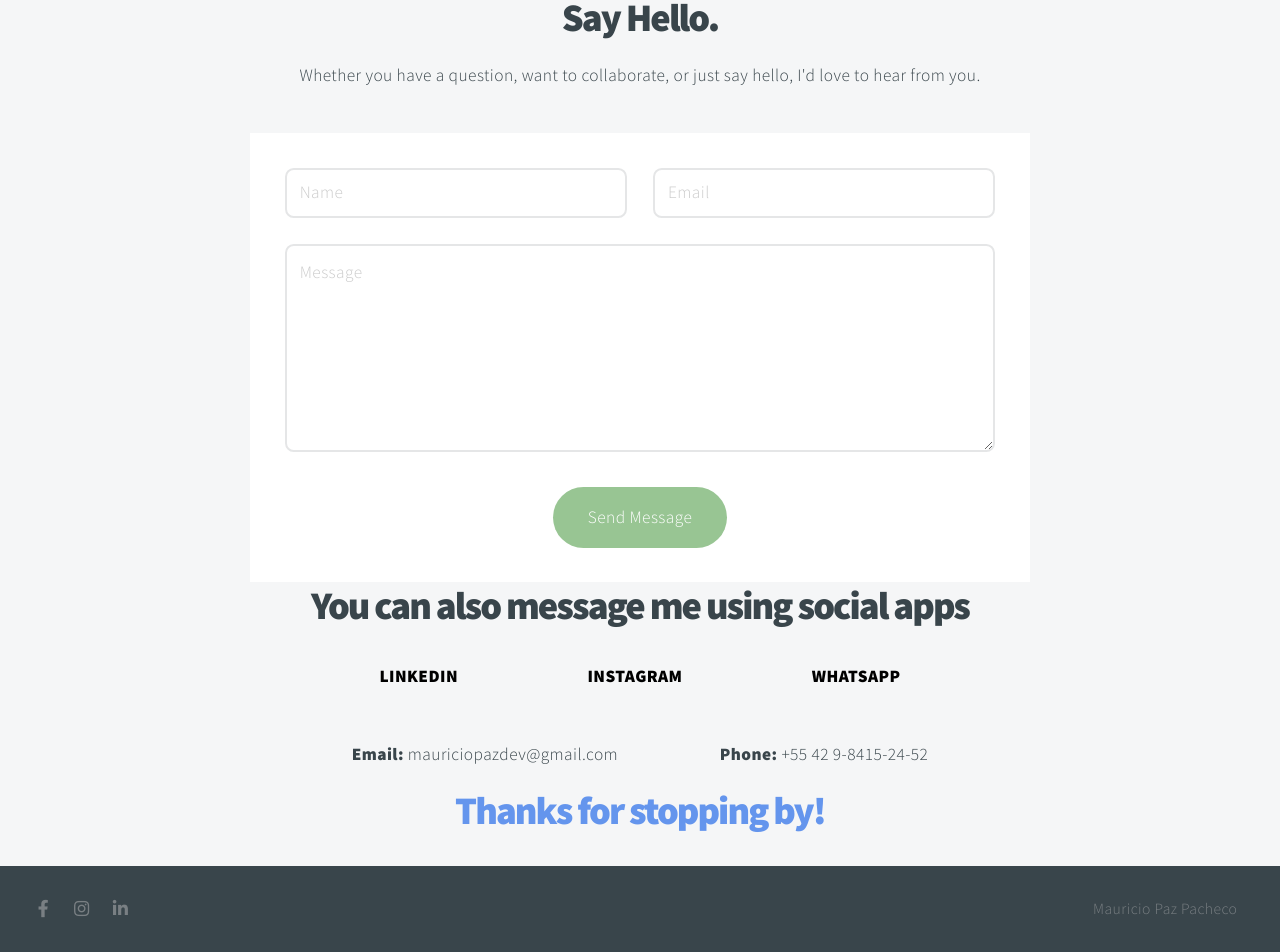
Repository: mauriciopazpp/mauriciopazpp.github.io
Page: index.html
These files come from the project's save history. The page is drawn as it stood at one moment and after the next save; the edit follows.
The browser window is 1280 px wide. The pictures show the part of the page from y = 5426 to 6378 px (the page is 6378 px tall).
A picture or video elsewhere on the page could not be fetched, so the positions and the page height are approximate. Backgrounds fixed to the window are drawn as part of the page.

Above is the page before, as saved 2024-03-05 18:43:07.
Console error: TypeError: Cannot set properties of undefined (setting 'windowMargin')

### index.html
<!DOCTYPE HTML>
<html>
	<head>
		<title>Mauricio Paz</title>
		<meta charset="utf-8" />
		<meta name="viewport" content="width=device-width, initial-scale=1, user-scalable=no" />
		<link rel="stylesheet" href="assets/css/main.css" />
		<noscript><link rel="stylesheet" href="assets/css/noscript.css" /></noscript>
		<link rel="icon" type="image/x-icon" href="images/favicon.png">
	</head>
	<body class="is-preload">
		<!-- <img id="preload" src="images/preloader.gif"> -->
		<!-- Header -->
			<header id="header">
				<div class="logo-header">
					<img src="images/logo-2.png" alt="Mauricio Paz Pacheco CV">
				</div>
				<nav>
					<ul>
						<li><a href="#intro">Intro</a></li>
						<li><a href="#one">Who am I</a></li>
						<li><a href="#two">Skills and Certifications</a></li>
						<li><a href="#work">Experience</a></li>
						<li style="display: none;"><a href="#things">My Things</a></li>
						<li><a href="#contact">Contact</a></li>
					</ul>
				</nav>
			</header>

		<!-- Intro -->
			<section id="intro" class="main style1 dark fullscreen">
				<div class="content">
					<header>
						<h2>Mauricio Paz</h2>
					</header>
					<p>Enter the realm of my career.</p>
					<footer>
						<!-- <a href="#one" class="button style2 down">More</a> -->
						<a href="cv/Mauricio.pdf" target="_blank" class="button">Download CV</a>
						<a href="#one" class="button">More</a>
					</footer>
				</div>
			</section>

		<!-- One -->
			<section id="one" class="main style2 right dark fullscreen">
				<div class="content box style2">
					<header>
						<h2>Who am I</h2>
					</header>
					<p>Mauricio, <span id="age">35</span> years old, more than a decade of experience in the systems development field. Certified by Adobe. Married, living in the south of Brazil. I enjoy Rock, Heavy Metal, cats and games.</p>
					<p>Let's be friends, this is my insta <a href="https://www.instagram.com/mauricio.paz.p/" style="text-decoration: none; font-weight: bold;">@mauricio.paz.p</a></p>
				</div>
				<a href="#two" class="button style2 down anchored">Next</a>
			</section>

		<!-- Two -->
			<section id="two" class="main style2 left dark fullscreen">
				<div class="content box style2">
					<header>
						<h2>Skills</h2>
					</header>
					<p><b class="php">#php</b>, <b class="javascript">#javascript</b>, <b class="node">#node</b>, <b class="graphql">#graphql</b>, <b class="sql">#sql</b></p>
					<p><b class="adobecommerce">#adobecommerce</b>, <b class="bigcommerce">#bigcommerce</b>, <b class="shopify">#shopify</b>, <b class="pwastudio">#pwastudio</b></p>
					<p><b class="vuejs">#vuejs</b>, <b class="react">#react</b>, <b class="reactnative">#reactnative</b></p>
					<p><b class="git">#git</b>, <b class="warden">#warden</b>, <b class="docker">#docker</b>, <b class="commercecloud">#commercecloud</b></p>
					<p><b class="frontend">#frontend</b>, <b class="backend">#backend</b>, <b class="fullstack">#fullstack</b></p>
					<p><b class="english">#english</b>, <b class="portuguese">#portuguese</b></p>

					<br>

					<h2>Certifications</h2>
					<p>
						<b>
						- Adobe Certified Expert - Adobe Commerce Front-End Developer.
						<a href="https://www.credly.com/badges/2049df38-8aab-49f0-89bc-399480d42e42/linked_in" target="_blank">
							Check the link
						</a>
						</b>
					</p>

				</div>
				<a href="#work" class="button style2 down anchored">Next</a>
			</section>

		<!-- Work -->
			<section id="work" class="main style3 primary">
				<div class="content">
					<header>
						<h2>My Experience</h2>
						<p>Over the years, I have worked in various companies and faced challenges that have shaped my expertise in development. At BlueAcorn iCi, I participated in projects for major companies such as Lovesac and Sony, using Adobe Commerce and React. At Jamersan, I contributed to creating stores using BigCommerce. At Unimed, I had the opportunity to independently create software from scratch, developing highly robust systems that are still in use today. Currently, at IronPlane, I am expanding my knowledge in PWA Studio. My journey is a constant pursuit of technical excellence and the ability to positively impact through software development.</p>
					</header>

					<!-- Gallery  -->
						<div class="gallery">
							<article class="from-left" style="background: url(images/fulls/02.jpg);">
								<div class="description">
									<p><b>IronPlane</b> - <i>Portland, ME, USA</i> <br> 04/2023 - Current</p>
									<ul>
										<li>•  Designed and implemented stores using Adobe Commerce.</li>
										<li>•  Upgrade PWA Studio stores and bug fixes using Adobe Commerce, PWA Studio, React, webpack, GraphQL, HTML, and CSS.</li>
										<li>•  Code-reviews in BigCommerce and Adobe Commerce stores.</li>
									</ul>
								</div>
								<div class="company">
									<img src="images/comp/ironplane.svg" alt="ironplane" class="logo">
								</div>
								<!-- <a href="images/fulls/01.jpg" class="image fit"><img src="images/thumbs/01.jpg" title="The Anonymous Red" alt="" /></a> -->
							</article>
							<article class="from-right" style="background: url(images/fulls/05.jpg);">
								<div class="description">
									<p><b>Jamersan</b> - <i>Opelika, AL, USA</i> <br> 02/2023 - 12/2023</p>
									<ul>
										<li>•  Led the creation of stores, managing product imports, and crafting database management scripts using api, bash script, php and javascript.</li>
										<li>•  Designed and developed new stores using BigCommerce, incorporating webhooks, APIs, and app development.</li>
									</ul>
								</div>
								<div class="company">
									<img src="images/comp/jamersan.webp" alt="jamersan" class="logo">
								</div>
								<!-- <a href="images/fulls/02.jpg" class="image fit"><img src="images/thumbs/02.jpg" title="Airchitecture II" alt="" /></a> -->
							</article>
							<article class="from-left" style="background: url(images/fulls/01.jpg);">
								<div class="description">
									<p><b>BlueAcorn iCi</b> - <i>Charleston, SC, USA</i> <br>03/2021 - 02/2023</p>
									<ul>
										<li>•  Senior Front-end Developer, <i>a leading company in award-winning digital transformations for Fortune 500 companies.</i> I collaborated on large-scale projects, including creating digital experiences for renowned brands such as Apple and Sony.</li>
										<li>•  Led a Front-end development team on an Adobe Commerce project, ensuring timely and high-quality delivery.</li>
										<li>•  Development and enhancement of stores for renowned brands like Lovesac, using technologies such as Adobe Commerce, React, and advanced customization tools, such as product creation in a 3D environment.</li>
									</ul>
								</div>
								<div class="company">
									<img src="images/comp/blueacorn.png" alt="blueacornici" class="logo">
								</div>
								<!-- <a href="images/fulls/03.jpg" class="image fit"><img src="images/thumbs/03.jpg" title="Air Lounge" alt="" /></a> -->
							</article>
							<article class="from-right" style="background: url(images/fulls/03.jpg);">
								<div class="description">
									<p><b>MageMontreal</b> - <i>Sainte-Agathe-des-Monts/QC  Canada</i> <br>08/2020 - 02/2021</p>
									<ul>
										<li>•  Front-end Developer at MageMontreal, contributing to the development of multiple online stores using Adobe Commerce.</li>
										<li>•  Continuous Integration/Deployment Pipeline Integration, pull requests, code reviews.</li>
									</ul>
								</div>
								<div class="company">
									<img src="images/comp/magemontreal.svg" alt="magemontreal" class="logo" style="background: #f84601">
								</div>
								<!-- <a href="images/fulls/03.jpg" class="image fit"><img src="images/thumbs/03.jpg" title="Air Lounge" alt="" /></a> -->
							</article>
							<article class="from-left" style="background: url(images/fulls/04.jpg);">
								<div class="description">
									<p><b>Redstage</b> - <i>New York, NY, USA</i> <br>03/2019 - 08/2020</p>
									<ul>
										<li>• Initiated the creation of work automation scripts, proposing tasks such as branch creation, automatic status updates in Jira, pull request creation via terminal, and development of a webhook on GitHub to send automatic notifications to Slack.</li>
										<li>•  Full Stack Developer, responsible for the creation and updates of stores using Adobe Commerce.</li>
									</ul>
								</div>
								<div class="company">
									<img src="images/comp/fulcrum.webp" alt="fulcrum" class="logo">
								</div>
								<!-- <a href="images/fulls/03.jpg" class="image fit"><img src="images/thumbs/03.jpg" title="Air Lounge" alt="" /></a> -->
							</article>
							<article class="from-right" style="background: url(images/fulls/06.jpg);">
								<div class="description">
									<p><b>KolinaLabs</b> - <i>Guarapuava, PR, Brazil</i> <br>06/2018 - 02/2019</p>
									<ul>
										<li>•  Development of system applications, including a solar panel system for Sices Brasil, the largest solar panel producer in Latin America.</li>
										<li>•  Creation and maintenance of apps using Vue.js, webpack, Sass, among others, to ensure efficient and high-quality implementation.</li>
										<li>•  BI Developer, creating an advanced dashboard using QlikSense to enhance data analysis and decision-making at Sices Brasil.</li>
									</ul>
								</div>
								<div class="company">
									<img src="images/comp/kolinalabs.png" alt="kolinalabs" class="logo">
								</div>
								<!-- <a href="images/fulls/03.jpg" class="image fit"><img src="images/thumbs/03.jpg" title="Air Lounge" alt="" /></a> -->
							</article>
							<article class="from-left" style="background: url(images/fulls/06.jpg);">
								<div class="description">
									<p><b>Unimed</b> - <i>Guarapuava, PR, Brazil</i> <br>08/2015 - 06/2018</p>
									<ul>
										<li>•  Largest healthcare company in latin america, I developed approximately 12 systems using Laravel independently, including 2 large systems that continued to be used for over 6 years, even after my departure from the company.</li>
										<li>•  Responsible for the entire system development process, from gathering requirements to development, deployment, testing, and support.</li>
										<li>•  I created a workflow system that automated all internal processes, providing greater ease of work for everyone.</li>
										<li>•  I conceptualized and developed a system that reduced an employee's workload time from 2 months to just 1 minute, automating the compression and sending of multiple PDFs via email to health plan beneficiaries.</li>
									</ul>
								</div>
								<div class="company">
									<img src="images/comp/unimed.png" alt="Unimed" class="logo" style="padding: 0;">
								</div>
								<!-- <a href="images/fulls/03.jpg" class="image fit"><img src="images/thumbs/03.jpg" title="Air Lounge" alt="" /></a> -->
							</article>
							<article class="from-right" style="background: url(images/fulls/06.jpg);    display: flex;
							align-content: center;
							justify-content: center;
							align-items: center;">
								<a href="https://www.linkedin.com/in/m-paz/details/experience/">
									<p><b style="color: white; text-decoration: underline;" target="_blank">See More</b></p>
								</a>
							</article>
						</div>
				</div>
			</section>

		<!-- Contact -->
			<section id="contact" class="main style3 secondary">
				<div class="content">
					<header>
						<h2>Say Hello.</h2>
						<p>Whether you have a question, want to collaborate, or just say hello, I'd love to hear from you.</p>
					</header>
					<div class="box">
						<form method="post" action="https://formspree.io/xaypakzd">
							<div class="fields">
								<div class="field half"><input type="text" name="username" placeholder="Name" required/></div>
								<div class="field half"><input type="email" name="email" placeholder="Email" required /></div>
								<div class="field"><textarea name="message" placeholder="Message" rows="6" required></textarea></div>
							</div>
							<ul class="actions special">
								<li><input type="submit" value="Send Message" /></li>
							</ul>
						</form>
					</div>
					<h2>You can also message me using social apps</h2>
					<ul class="list-inline fullscreen-nav-holder">
						<li><a class="text-uppercase" href="https://www.linkedin.com/in/m-paz/?locale=en_US">Linkedin</a></li>
						<li><a class="text-uppercase" href="https://www.instagram.com/mauricio.paz.p/">Instagram</a></li>
						<li><a class="text-uppercase" href="https://wa.me/5542984152452?text=Hi%21+I+came+across+your+linkedin+profile">Whatsapp</a></li>
					</ul>
					<ul class="list-inline fullscreen-nav-holder">
						<li><b>Email:</b> mauriciopazdev@gmail.com</li>
						<li><b>Phone:</b> +55 42 9-8415-24-52</li>
					</ul>

					<h2 style="color: cornflowerblue;">
						Thanks for stopping by!
					</h2>
					<br>
				</div>
			</section>

			<!-- Things -->
			<section id="things" class="main style3 primary" style="display: none;">
				<div class="content">
					<header>
						<h2>My Things</h2>
						<p>I believe that our professional life is closely linked to who we are and what we enjoy, so here are some of my childhood and teenager works.</p>
					</header>

					<!-- Gallery  -->
					<h3>Drawings</h3>
					<div class="gallery">
						<article class="from-left">
							<img src="images/things/draw.jpg">
						</article>
						<article class="from-right">
							<img src="images/things/draw2.jpg">
						</article>
					</div>
					<h3>Drawings in MsPaint, before touch screen exist</h3>
					<div class="gallery">
						<article class="from-left">
							<img src="images/things/paint3.jpg">
						</article>
						<article class="from-right">
							<img src="images/things/paint.jpg">
						</article>
					</div>
					<h3>3D modeling work, before become a developer</h3>
					<div class="gallery">
						<article class="from-left">
							<img src="images/things/3d.jpg">
						</article>
						<article class="from-right">
							<img src="images/things/3d3.jpg">
						</article>
					</div>
				</div>
			</section>

		<!-- Footer -->
			<footer id="footer">

				<!-- Icons -->
					<ul class="icons">
						<li><a href="https://www.facebook.com/mauriciopazpacheco" class="icon brands fa-facebook-f"><span class="label">Facebook</span></a></li>
						<li><a href="https://www.instagram.com/mauricio.paz.p/" class="icon brands fa-instagram"><span class="label">Instagram</span></a></li>
						<li><a href="https://www.linkedin.com/in/m-paz/?locale=en_US" class="icon brands fa-linkedin-in"><span class="label">LinkedIn</span></a></li>
					</ul>

				<!-- Menu -->
					<ul class="menu">
						<li>Mauricio Paz Pacheco</li><li></li>
					</ul>

			</footer>

		<!-- Scripts -->
			<script src="assets/js/jquery.min.js"></script>
			<script src="assets/js/jquery.poptrox.min.js"></script>
			<script src="assets/js/jquery.scrolly.min.js"></script>
			<script src="assets/js/jquery.scrollex.min.js"></script>
			<script src="assets/js/browser.min.js"></script>
			<script src="assets/js/breakpoints.min.js"></script>
			<script src="assets/js/util.js"></script>
			<script src="assets/js/main.js"></script>
	</body>
	<script>
		const dob = new Date('1988-12-08');
		const now = new Date();
		let age = now.getFullYear() - dob.getFullYear();
		if (now.getMonth() < dob.getMonth() || (now.getMonth() === dob.getMonth() && now.getDate() < dob.getDate())) {
			age--;
		}
		document.getElementById('age').textContent = age;
	</script>
</html>

Loaded but not shown: assets/js/jquery.min.js (library); assets/js/jquery.poptrox.min.js (library); assets/js/jquery.scrolly.min.js (common file); assets/js/jquery.scrollex.min.js (common file); assets/js/browser.min.js (common file); assets/js/breakpoints.min.js (common file); assets/css/fontawesome-all.min.css (library); assets/js/util.js (587 lines, source omitted); assets/js/main.js (219 lines, source omitted); assets/css/main.css (2508 lines, source omitted)

After the next save:
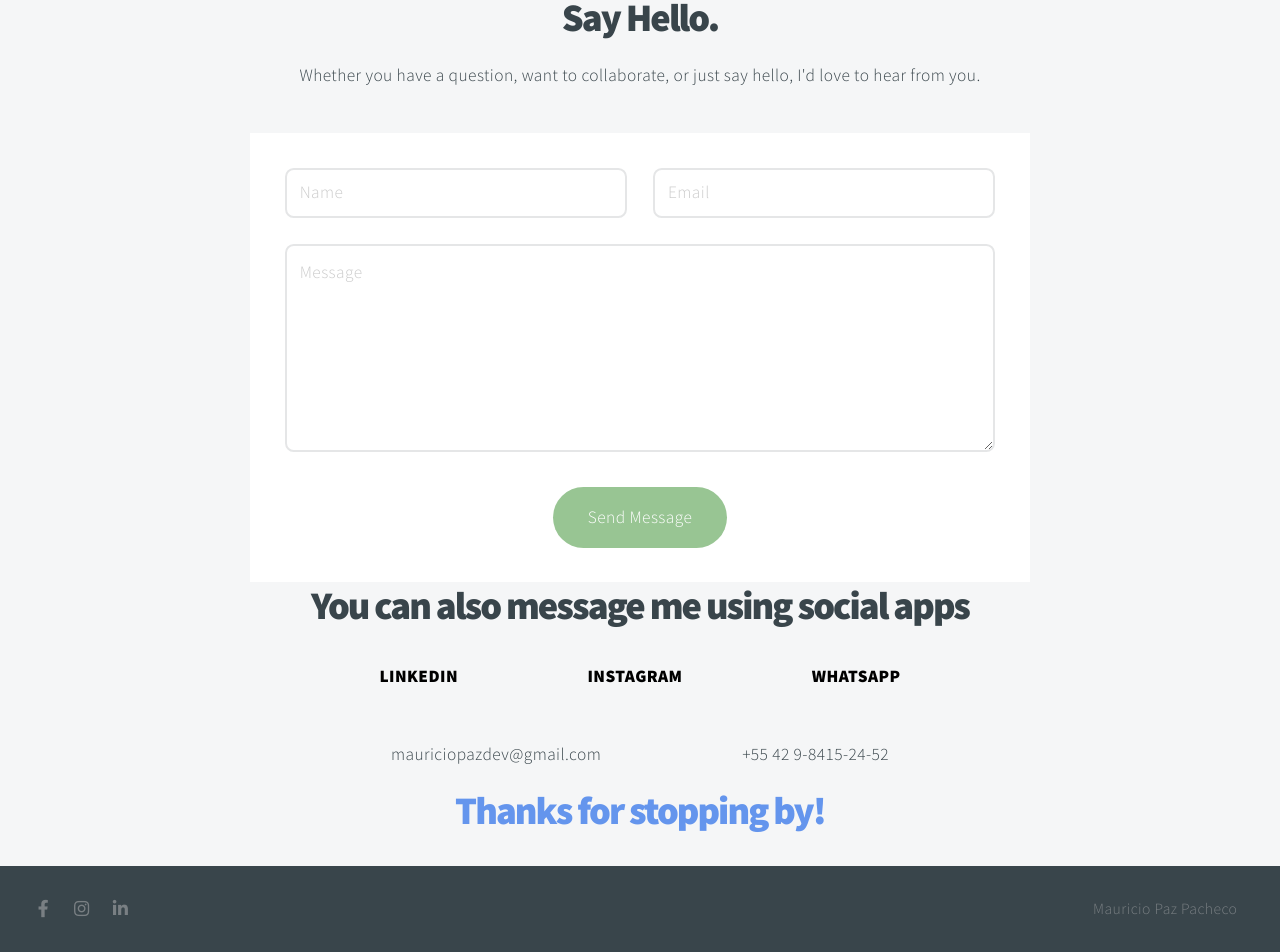
Saved 10 s later.
--- a/index.html
+++ b/index.html
@@ -227,8 +227,8 @@
 						<li><a class="text-uppercase" href="https://wa.me/5542984152452?text=Hi%21+I+came+across+your+linkedin+profile">Whatsapp</a></li>
 					</ul>
 					<ul class="list-inline fullscreen-nav-holder">
-						<li><b>Email:</b> mauriciopazdev@gmail.com</li>
-						<li><b>Phone:</b> +55 42 9-8415-24-52</li>
+						<li>mauriciopazdev@gmail.com</li>
+						<li>+55 42 9-8415-24-52</li>
 					</ul>
 
 					<h2 style="color: cornflowerblue;">
